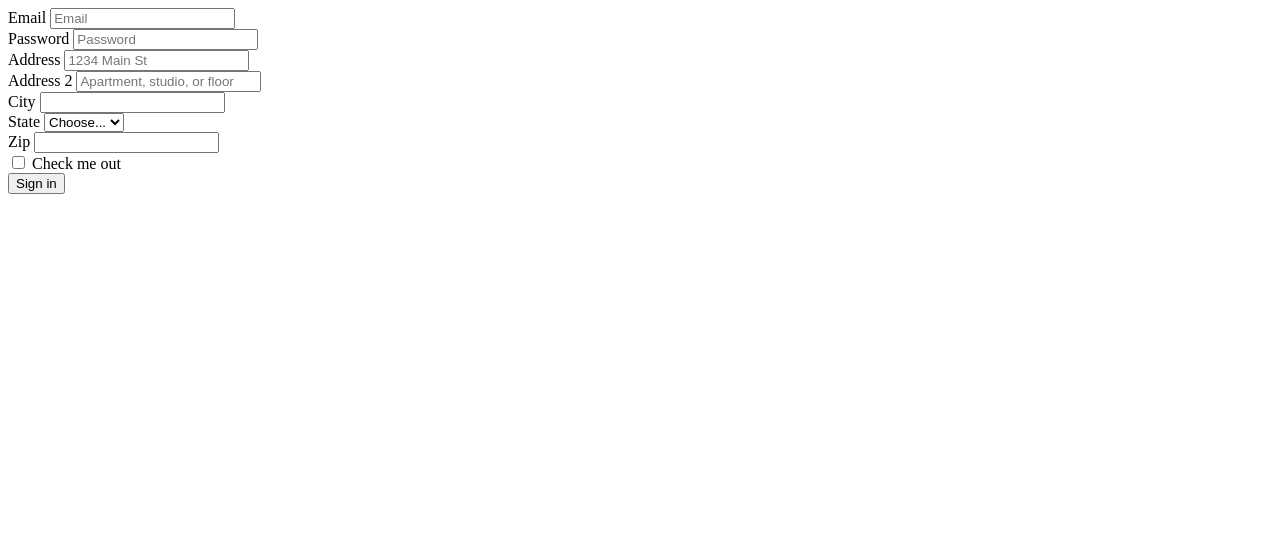
Repository: khss4008/JSP_project
Page: http://localhost/WebShop/member/joinMember.jsp
These files come from the project's save history. The page is drawn as it stood at one moment and after the next save; the edit follows.
The browser window is 1280 px wide. The pictures show the whole page.
The page is served by Tomcat 9.

Above is the page before, as saved 2021-11-03 06:46:03.

After the next save:
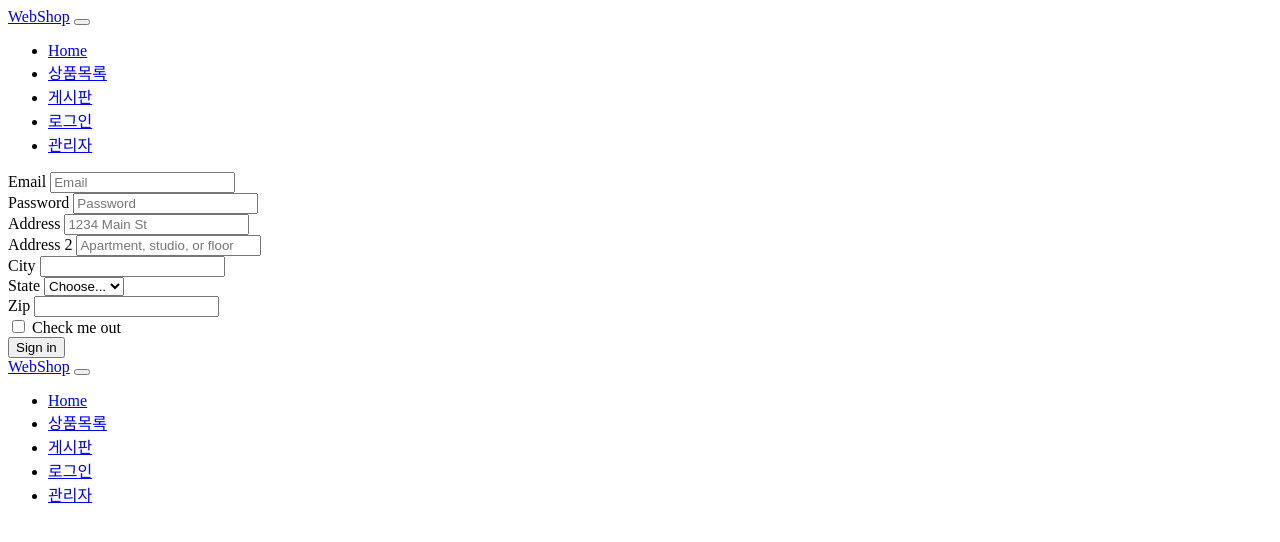
Saved 40 s later.
--- a/WebShop/WebContent/member/joinMember.jsp
+++ b/WebShop/WebContent/member/joinMember.jsp
@@ -7,6 +7,7 @@
 <title>Insert title here</title>
 </head>
 <body>
+<jsp:include page = "/header.jsp"/>
 <form>
   <div class="form-row">
     <div class="form-group col-md-6">
@@ -53,5 +54,6 @@
   </div>
   <button type="submit" class="btn btn-primary">Sign in</button>
 </form>
+<jsp:include page = "/header.jsp"/>
 </body>
 </html>
